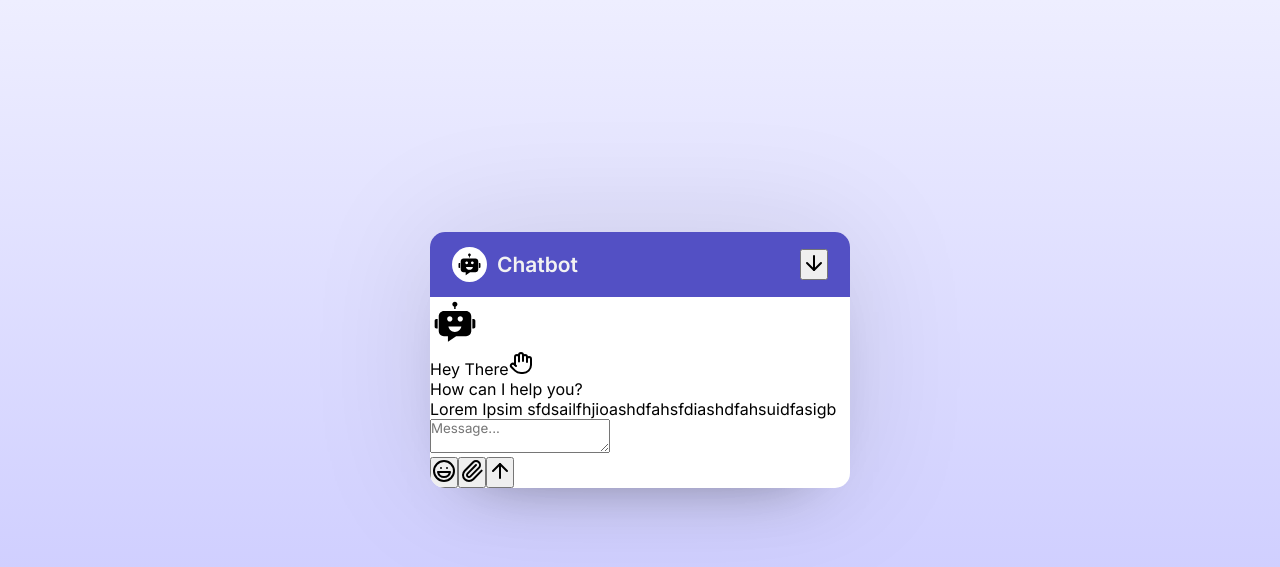
Repository: guilhermecardoso93/ai-bot
Page: /
An editor plug-in stored every save of this project. The page is shown before and after the next save, followed by the edit.
The browser window is 1280 px wide. The pictures show the whole page.
The project was rebuilt for these pictures with package versions that can differ from the ones it lists, and the page was loaded fresh each time. Also part of the build but not shown: vite.config.js.

Above is the page before, as saved 2024-11-11 20:32:27.

### index.html
<!doctype html>
<html lang="en">

<head>
    <meta charset="UTF-8" />
    <link rel="icon" type="image/svg+xml" href="/vite.svg" />
    <link rel="preconnect" href="https://fonts.googleapis.com">
    <link rel="preconnect" href="https://fonts.gstatic.com" crossorigin>
    <link href="https://fonts.googleapis.com/css2?family=Inter:ital,opsz,wght@0,14..32,100..900;1,14..32,100..900&family=Outfit:wght@100..900&display=swap" rel="stylesheet">
    <meta name="viewport" content="width=device-width, initial-scale=1.0" />
    <title>Ai ChatBot</title>
</head>

<body>
    <div id="root"></div>
    <script type="module" src="/src/main.jsx"></script>
</body>

</html>

### src/index.css
:root {
  font-synthesis: none;
  text-rendering: optimizeLegibility;
  -webkit-font-smoothing: antialiased;
  -moz-osx-font-smoothing: grayscale;
}

* {
  padding: 0;
  margin: 0;
  box-sizing: border-box;
  font-family: "Inter", serif;
  font-optical-sizing: auto;
  font-style: normal;
}

body {
  display: flex;
  align-items: center;
  justify-content: center;
  min-height: 100vh;
  background: linear-gradient(#eeeeff, #c8c7ff);
}

.chatbot-popup {
  width: 420px;
  background: #ffff;
  overflow: hidden;
  border-radius: 15px;
  box-shadow: 0 0 128px rgba(0, 0, 0, 0.1), 0 32px 64px -48px rgba(0, 0, 0, 0.5);
}

.chat-header {
  display: flex;
  align-items: center;
  background-color: #5350c4;
  padding: 15px 22px;
  justify-content: space-between;
}

.chat-header .header-info {
  display: flex;
  align-items: center;
  gap: 10px;
}

.header-info .logo {
  width: 35px;
  width: 35px;
  background: #fff;
  border-radius: 50%;
  flex-shrink: 0;
  padding: 4px;
}

.header-info .logo-text {
  color: #f2f2f2;
  font-weight: 600;
  font-size: 1.31rem;
}

### src/App.jsx
import { Main } from "./components/Main";

export function App() {
  return (
    <>
      <Main />
    </>
  );
}

### src/components/Main.jsx
import { Hand, ArrowDown, Laugh, Paperclip, ArrowUp } from "lucide-react";
import Logo from "../assets/logo.svg";

export function Main() {
  return (
    <div className="chatbot-popup">
      {/* Header */}
      <div className="chat-header">
        <div className="header-info">
          <img src={Logo} alt="" className="logo"/>
          <h2 className="logo-text">Chatbot</h2>
        </div>
        <button className="material-symbols-rounded" id='close-chatbot'>
          <ArrowDown />
        </button>
      </div>

      {/* Body */}
      <div className="chat-body">
        <div className="message bot-message">
          <div className="message-text">
            <img src={Logo} alt="" />
            <p className="message-text">
              Hey There
              <Hand />
            </p>
            <p>How can I help you?</p>
          </div>
          <div className="message-user">
            <p className="message-text">
              Lorem Ipsim sfdsailfhjioashdfahsfdiashdfahsuidfasigb
            </p>
          </div>
        </div>
      </div>

      {/* Footer */}
      <div className="chat-footer">
        <form action="" className="chat-form">
          <textarea
            placeholder="Message..."
            className="message-input"
          ></textarea>
          <div className="chat-controls">
            <button type="button" className="material-symbols-rounded">
              <Laugh />
            </button>
            <button type="button" className="material-symbols-rounded">
              <Paperclip />
            </button>
            <button type="button" className="material-symbols-rounded">
              <ArrowUp />
            </button>
          </div>
        </form>
      </div>
    </div>
  );
}

Loaded but not shown: src/main.jsx (common file)

After the next save:
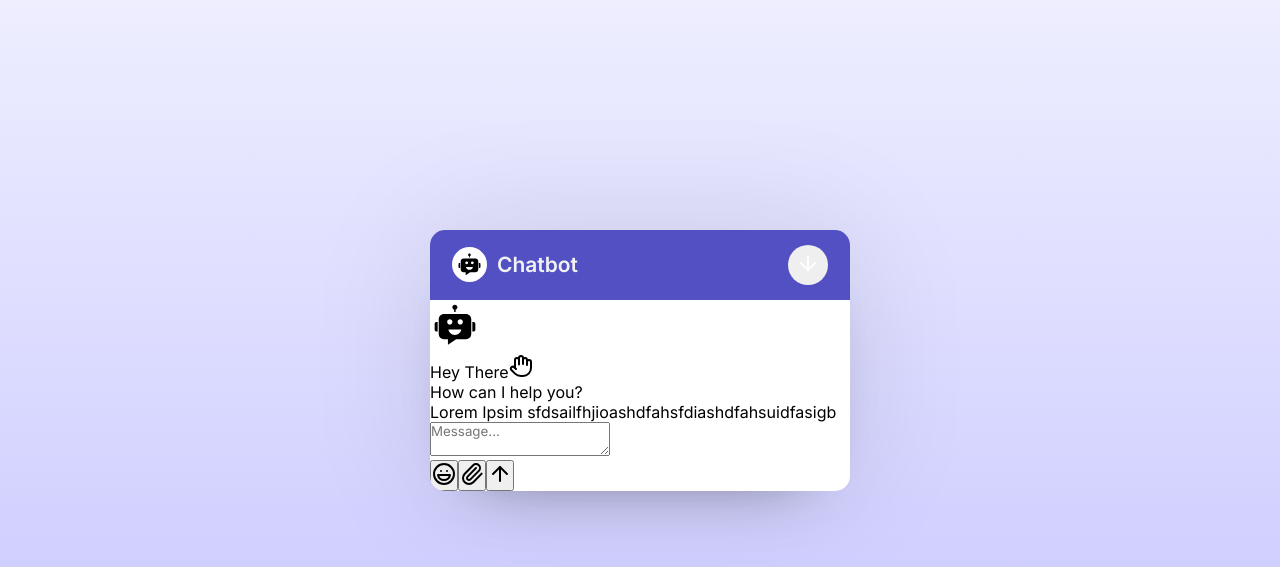
Saved 44 s later.
--- a/src/index.css
+++ b/src/index.css
@@ -58,3 +58,11 @@ body {
   font-weight: 600;
   font-size: 1.31rem;
 }
+
+.chat-header #close-chatbot {
+  border: none;
+  color: #fff;
+  height: 40px;
+  width: 40px;
+  border-radius: 50%;
+}
